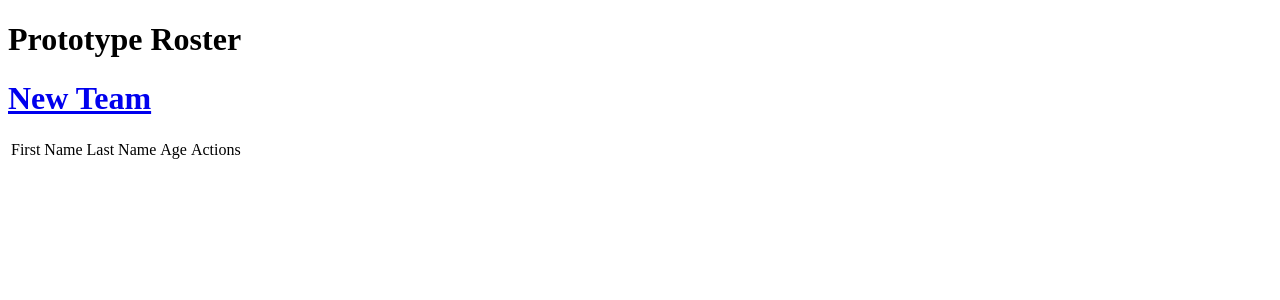
Repository: ohis/JAVAOnTheWeb
Page: http://localhost/TeamRoster/Home
The author's editor kept a copy of each file at every save. The page is drawn from the files as they stood at one save, then again after a run of saves.
The browser window is 1280 px wide. The pictures show the whole page.
The page is served by Tomcat 9.

Above is the page before, as saved 2017-12-09 03:08:01.

After the next 2 saves:
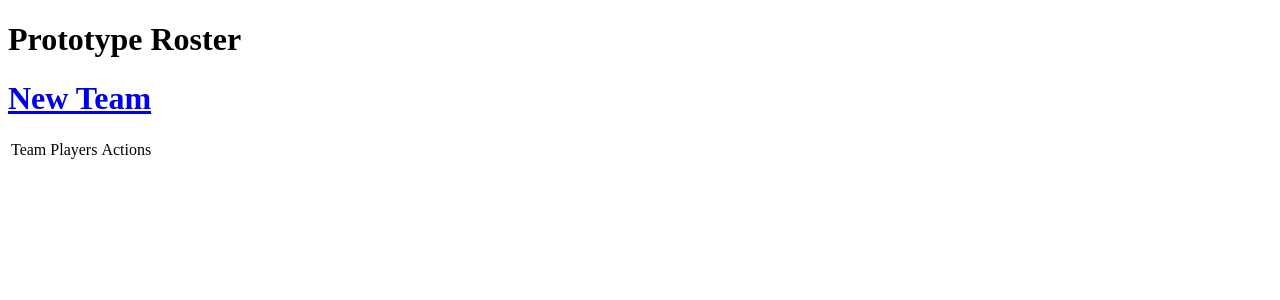
The 2 saves are shown as one change because 1 did not build or start.
The last was saved 8 min 48 s later.
--- a/servlets/TeamRoster/WebContent/WEB-INF/views/Home.jsp
+++ b/servlets/TeamRoster/WebContent/WEB-INF/views/Home.jsp
@@ -14,17 +14,18 @@
   <table>
     <thead>
        <tr>
-        <td>First Name</td>
-        <td>Last Name</td>
-        <td>Age</td>
+        <td>Team</td>
+        <td>Players</td>
         <td>Actions</td>
        </tr>
     </thead>
 
     <tbody>
+     <c:forEach var="team" items="${allTeams}" varStatus="loop">
      <tr>
-      <td></td>
+      <td><c:out value="${team.getTeamName()}"/></td>
      </tr>
+     </c:forEach>
     </tbody>
   </table>
 
